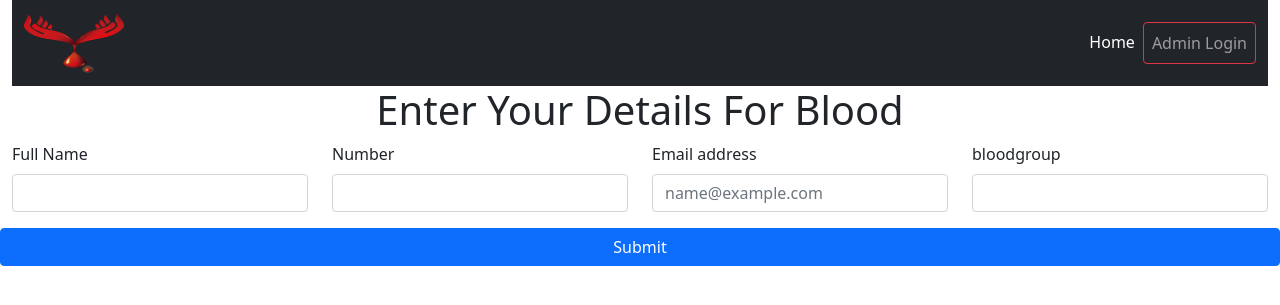
Repository: kshitizJ/Blood-Bank-Management-System-in-jsp
Page: http://localhost/Blood_Bank_Management_System/
An editor plug-in stored every save of this project. The page is shown before and after the next save, followed by the edit.
The browser window is 1280 px wide. The pictures show the whole page.
The page is served by Tomcat 9.

Above is the page before, as saved 2021-04-27 06:52:01.

After the next save:
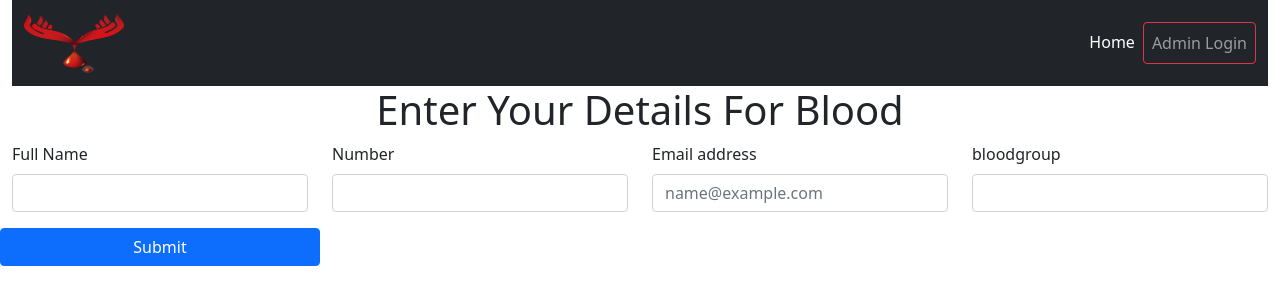
Saved 30 s later.
--- a/Blood Bank Management System/WebContent/index.jsp
+++ b/Blood Bank Management System/WebContent/index.jsp
@@ -53,7 +53,7 @@
                         <label for="bgrp" class="form-label">bloodgroup</label>
                         <input type="text" class="form-control" id="bgrp">
                     </div>
-                    <button type="submit" class="btn btn-primary">Submit</button>
+                    <button type="submit" class="btn btn-primary col-3">Submit</button>
                 </form>
             </div>
         </div>
